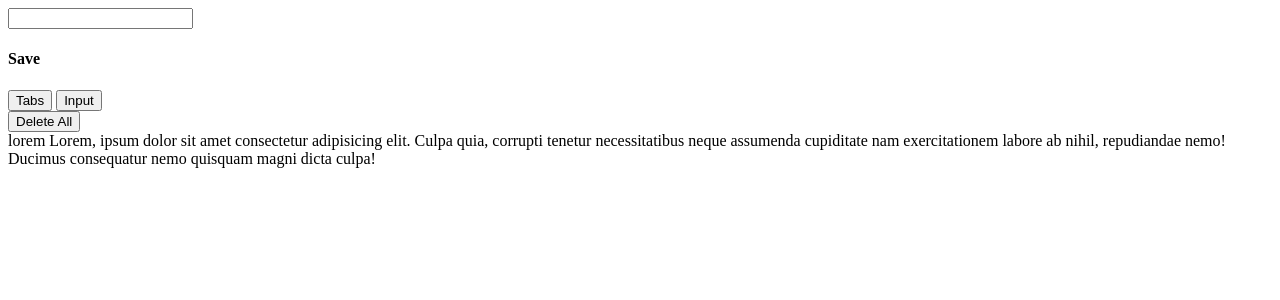
Repository: IdowuMicheal-1/Text-Tab-Organizer
Page: popup.html
The author's editor kept a copy of each file at every save. The page is drawn from the files as they stood at one save, then again after a run of saves.
The browser window is 1280 px wide. The pictures show the whole page.

Above is the page before, as saved 2025-05-14 09:35:56.

### popup.html
<!DOCTYPE html>
<html lang="en">
  <head>
    <meta charset="UTF-8" />
    <meta name="viewport" content="width=device-width, initial-scale=1.0" />
    <link rel="stylesheet" href="./popup.css" />
    <title>Tabs</title>
  </head>
  <body>
    <div>
        <input type="text">
        <div>
            <div>
                <h4>Save</h4>
            <button>Tabs</button>
            <button>Input</button>
        </div>
            <button>Delete All</button>
        </div>
        <div>
            <lorem>lorem</lorem>
            Lorem, ipsum dolor sit amet consectetur adipisicing elit. Culpa quia, corrupti tenetur necessitatibus neque assumenda cupiditate nam exercitationem labore ab nihil, repudiandae nemo! Ducimus consequatur nemo quisquam magni dicta culpa!
        </div>
    </div>
    <script src="./popup.js"></script>
  </body>
</html>

Loaded but not shown: popup.css (no copy from this time; the picture is the same without it); popup.js (no copy from this time; the picture is the same without it)

After the next 5 saves:
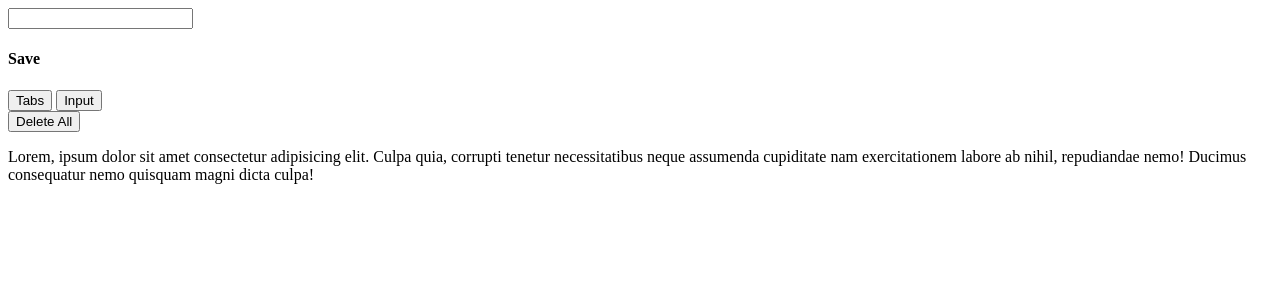
The 5 saves are shown as one change because they came seconds apart.
The last was saved 16 s later.
--- a/popup.html
+++ b/popup.html
@@ -18,8 +18,8 @@
             <button>Delete All</button>
         </div>
         <div>
-            <lorem>lorem</lorem>
-            Lorem, ipsum dolor sit amet consectetur adipisicing elit. Culpa quia, corrupti tenetur necessitatibus neque assumenda cupiditate nam exercitationem labore ab nihil, repudiandae nemo! Ducimus consequatur nemo quisquam magni dicta culpa!
+
+           <p>Lorem, ipsum dolor sit amet consectetur adipisicing elit. Culpa quia, corrupti tenetur necessitatibus neque assumenda cupiditate nam exercitationem labore ab nihil, repudiandae nemo! Ducimus consequatur nemo quisquam magni dicta culpa!
         </div>
     </div>
     <script src="./popup.js"></script>
